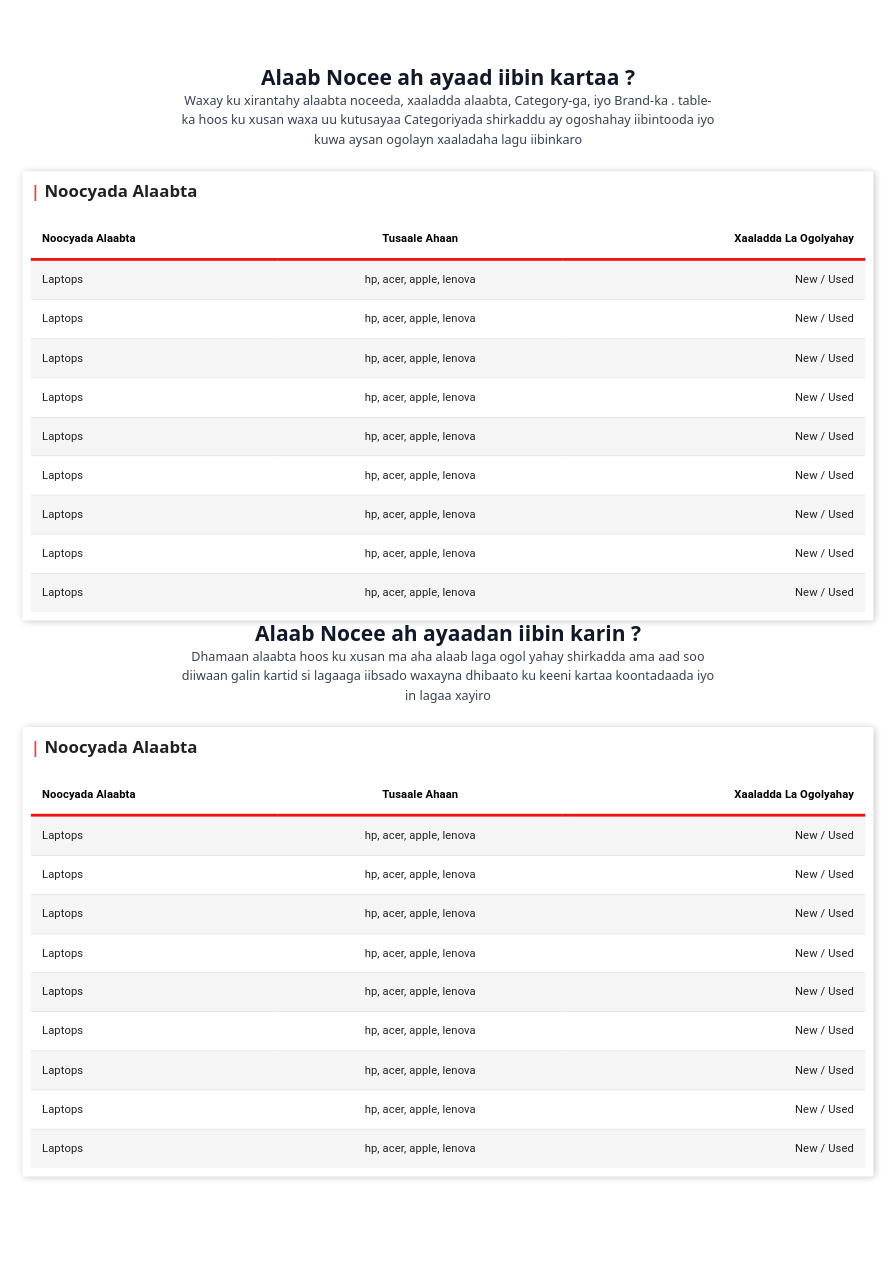
Repository: muraadso/Muraadso-Sellers
Page: /
These files come from the project's save history. The page is drawn as it stood at one moment and after the next save; the edit follows.
The browser window is 1280 px wide. The pictures show the part of the page from y = 2192 to 4112 px (the page is 4016 px tall before and 4112 px after), at 70% of full size.
The project was rebuilt for these pictures with package versions that can differ from the ones it lists, and the page was loaded fresh each time. The framework's server and built-in components were replaced by stand-ins that run in the browser. Also part of the build but not shown: next.config.js.

Above is the page before, as saved 2021-12-06 20:43:04.

### pages/_app.js
import '../styles/globals.css'
 import 'tailwindcss/tailwind.css'
import { Layout } from '../components/Layout'


function MyApp({ Component, pageProps }) {
  return (
    <Layout>
      <Component {...pageProps} />
    </Layout>
  )
}

export default MyApp

### pages/index.js
import Head from 'next/head'
import Image from 'next/image'
import Hero from '../components/Hero'
import About from '../components/About'
import Howtoreg from '../components/Howtoreg'
import styles from '../styles/Home.module.css'
import { How } from '../components/How'


export default function Home() {
  return (
    <div className={styles.container}>
      <Head>
        <title>Muraadso Sellers</title>
        <meta name="description" content="Generated by create next app" />
        <link rel="icon" href="/favicon.ico" />
      </Head>
      <Hero />
      <About />
      <How />
      <Howtoreg />
    </div>
  )
}

### styles/globals.css
@import url('https://fonts.googleapis.com/css2?family=Lato:ital,wght@0,300;0,400;0,700;0,900;1,700&family=Poppins:wght@200;300;400;500;600;700&display=swap');
html,
body {
  padding: 0;
  margin: 0;
}

a {
  color: inherit;
  text-decoration: none;
}

* {
  box-sizing: border-box;
}


.navbar {
  box-shadow: 2px 1px 7px rgba(0, 0, 0, 0.226);
  font-family: 'Poppins', sans-serif  ;
  font-weight: 500;

}
  .logo{
    font-family: 'Lato', sans-serif;
    font-weight: 700;
    color: rgb(233, 59, 59);
    font-size: 20px ;
  }
  .how-card{
    position: relative;
    box-shadow: 0 2px 10px rgba(0, 0, 0, 0.336) ;
  }





@media screen and  (max-width: 768px){
  .nav{
    padding-top: 40px;
    display: flex;
    flex-direction: column;

  }

  .how-card{
  margin-bottom: 25px;
}

.tablle{
  margin-bottom: 90px;
}
.tablle2{

}
 TableContainer{
   background-color: red;
   display: hidden;
 }

}




@tailwind base;
@tailwind components;
@tailwind utilities

### components/Layout.js
import Navbar from "./Navbar"
import Footer from "./Footer"

export const Layout = ({children}) => {
    return (
        <div className="layout">
            <Navbar />
                {children}
            <Footer />



        </div>
    )
}

### components/Hero.jsx
const Hero = () => {
    return (
        <div className="md:grid-cols-2 md:grid md:mt-11 hero">
                <div className="md:px-16 md:py-36 py-11 herotxt">
                    <h6 className="px-2 font-medium text-gray-500">ku iibi muraadso</h6>
                    <h1 className="my-5 text-3xl font-bold text-gray-800 capitalize md:font-bold md:text-gray-800 md:capitalize lg:text-6xl">sidee ugu iibin krtaa <br /> alaabtaada <span  className="text-red-600 md:text-red-600">muraadso</span></h1>

                    <p className="text-gray-700 md:text-left">
                         Whether you’ve already got an established e-commerce business , a great idea for a new product, or you just have a passion for selling, here’s how to take that next step with Muraadso </p>
                </div>

                <div className="heroimg">
                    <img className="w-4/4 "  src="/images/heroimage.png" alt="heroimage" />
                </div>
        </div>
    )
}

export default Hero

### components/About.jsx

const About = () => {
    return (
        <div className="mt-32">
            <h1 className="text-3xl font-bold text-center">Ku Iibso Muraadso</h1>
            <div className="gap-0 md:px-16 md:grid-cols-2 md:grid about-content">
                <div className="mt-12 aboutimg">
                  <img src="/images/aboutimage.png" className="md:h-96" alt="about image" />
                </div>
                <div className="md:mt-20 mt-11 about-text">
                    <p className="text-xl text-justify">
                        Muraadso waa hogaanka suuqa casriga ee online waana suuq aad ku iibin kartid alaabtaada, ahaw ganacsade alaabta sameeya, mid soo dajiya, si fudud ayaad ugu iibin kartaa suuqa casriga muraadso, sidoo kale ka mid noqo ganacsiyada shabakada internet ku iibiya alaabaha adiga oon ku kharash badan galin, kana faa’idaysanaya khubarada team ka muraadso helayana tobabaro iyo caawimo sidaad ugu iibin lahayd muraadso dhexdeeda Ku dhex iibta muraadso waa wax fudud sidoo kalena kharash yari kaaga bixi karo ama wax kharash ahi kaa baxayn, kaliya waxa lagaaga bahanyay in aad is diwaan galisid, kuna gurtid alaabta aad haysid online shirkada sidaana aad ku bilawdid iibka alaabtaada....<span className="text-red-600">Read More</span>
                    </p>
                </div>


            </div>
        </div>
    )
}

export default About

### components/Howtoreg.jsx
import * as React from 'react';
import { styled } from '@mui/material/styles';
import Table from '@mui/material/Table';
import TableBody from '@mui/material/TableBody';
import TableCell, { tableCellClasses } from '@mui/material/TableCell';
import TableContainer from '@mui/material/TableContainer';
import TableHead from '@mui/material/TableHead';
import TableRow from '@mui/material/TableRow';
import Paper from '@mui/material/Paper';

const StyledTableCell = styled(TableCell)(({ theme }) => ({

  [`&.${tableCellClasses.head}`]: {
    backgroundColor: theme.palette.common.white,
    color: theme.palette.common.black,
    borderBottom: '4px solid rgb(240, 17, 17)' ,
    fontSize: '16px',
    fontWeight: '600',

  },
  [`&.${tableCellClasses.body}`]: {
    fontSize: 16,
  },
}));

const StyledTableRow = styled(TableRow)(({ theme }) => ({
  '&:nth-of-type(odd)': {
    backgroundColor: theme.palette.action.hover,


  },
  // hide last border
  '&:last-child td, &:last-child th': {
    border: 0,
  },
}));





function createData(noocaAlaabta, tusaale, xaaladda) {
  return { noocaAlaabta, tusaale, xaaladda };
}

const rows = [
  createData('Laptops', 'hp, acer, apple, lenova ', 'New / Used'),
  createData('Laptops', 'hp, acer, apple, lenova ', 'New / Used'),
  createData('Laptops', 'hp, acer, apple, lenova ', 'New / Used'),
  createData('Laptops', 'hp, acer, apple, lenova ', 'New / Used'),
  createData('Laptops', 'hp, acer, apple, lenova ', 'New / Used'),
  createData('Laptops', 'hp, acer, apple, lenova ', 'New / Used'),
  createData('Laptops', 'hp, acer, apple, lenova ', 'New / Used'),
  createData('Laptops', 'hp, acer, apple, lenova ', 'New / Used'),
  createData('Laptops', 'hp, acer, apple, lenova ', 'New / Used'),

];

export default function Howtoreg() {
  return (
      <>
    <div className="flex flex-col items-center justify-center tablle ">
                <h1 className="text-xl font-bold text-center text-gray-900 md:text-3xl">Alaab Nocee ah ayaad iibin kartaa ?</h1>
                <p className="max-w-3xl mb-8 text-sm text-center text-gray-700 md:text-lg">Waxay ku xirantahy alaabta noceeda, xaaladda alaabta, Category-ga, iyo Brand-ka .
                table-ka hoos ku xusan waxa uu kutusayaa Categoriyada shirkaddu ay ogoshahay iibintooda
                iyo kuwa aysan ogolayn xaaladaha lagu iibinkaro </p>

            <TableContainer className="TableContainer" component={Paper} sx={{ padding: "12px", maxWidth: 1400, boxShadow: '2px 1px 11px rgba(0, 0, 0, 0.226)' }}>
        <h1 className="mb-6 text-2xl font-bold "> <span className="font-black text-red-500 ">|</span> Noocyada Alaabta</h1>
      <Table sx={{ minWidth: 700 }} aria-label="customized table">
        <TableHead>
          <TableRow>
            <StyledTableCell>Noocyada Alaabta</StyledTableCell>
            <StyledTableCell align="center"> Tusaale Ahaan</StyledTableCell>
            <StyledTableCell align="right">Xaaladda La Ogolyahay</StyledTableCell>
          </TableRow>
        </TableHead>
        <TableBody>
          {rows.map((row) => (
            <StyledTableRow key={row.noocaAlaabta} sx={{backgroundColor: 'white'}}>
              <StyledTableCell component="th" scope="row">
                {row.noocaAlaabta}
              </StyledTableCell>
              <StyledTableCell   align="center">{row.tusaale}</StyledTableCell>
              <StyledTableCell align="right">{row.xaaladda}</StyledTableCell>
            </StyledTableRow>
          ))}
        </TableBody>
      </Table>
    </TableContainer>

    </div>

    <div className="flex flex-col items-center justify-center tablle2 mb-36">
            <h1 className="text-xl font-bold text-center text-gray-900 md:text-3xl">Alaab Nocee ah ayaadan iibin karin ?</h1>
            <p className="max-w-3xl mb-8 text-sm text-center text-gray-700 md:text-lg">Dhamaan alaabta hoos ku xusan ma aha alaab laga ogol yahay shirkadda
                ama aad soo diiwaan galin kartid si lagaaga iibsado waxayna dhibaato
                ku keeni kartaa koontadaada iyo in lagaa xayiro</p>

            <TableContainer className="" component={Paper} sx={{ padding: "12px", maxWidth: 1400, boxShadow: '2px 1px 11px rgba(0, 0, 0, 0.226)' }}>
                        <h1 className="mb-6 text-2xl font-bold"> <span className="font-black text-red-500 ">|</span> Noocyada Alaabta</h1>
      <Table sx={{ minWidth: 700 }} aria-label="customized table">
        <TableHead className="" >
          <TableRow className="">
            <StyledTableCell>Noocyada Alaabta</StyledTableCell>
            <StyledTableCell align="center"> Tusaale Ahaan</StyledTableCell>
            <StyledTableCell align="right">Xaaladda La Ogolyahay</StyledTableCell>
          </TableRow>
        </TableHead>
        <TableBody>
          {rows.map((row) => (
            <StyledTableRow key={row.noocaAlaabta} sx={{backgroundColor: 'white'}}>
              <StyledTableCell  component="th" scope="row">
                {row.noocaAlaabta}
              </StyledTableCell>
              <StyledTableCell   align="center">{row.tusaale}</StyledTableCell>
              <StyledTableCell align="right">{row.xaaladda}</StyledTableCell>
            </StyledTableRow>
          ))}
        </TableBody>
      </Table>
    </TableContainer>

    </div>

     </>
  );
}

### components/How.jsx
export const How = () => {
    return (
        <div className="flex flex-col items-center justify-center mt-32 mb-24 how md:gap-y-4 gap-y-11">
            <div className="howheader">
            <h2 className="text-4xl font-bold text-center">Sidee u shaqaysaa</h2>
            <p className="mt-2 text-lg text-center text-gray-600">habka uu ushaqeeyo adeegan waa sidatan hoos ku xusan</p>
            </div>
            <div className="h-full md:p-16 md:gap-4 gap-72 md:grid-cols-4 md:grid howsteps">

                <div className="relative max-h-full p-6 bg-white border-4 border-red-400 rounded how-card ">
                    <div className="flex items-center justify-center my-4 card-icon ">
                        <img  src="./icons/register.png" alt="register" />

                    </div>
                    <div className="mb-4 text-xl text-center text-gray-800 cardbody">
                        Macmiil iska diiwaan geli adeega, 24h kadib waxad helaysa fariin ah in lagu aqbalay
                    </div>
                    <div className="absolute flex items-center justify-center w-10 h-10 font-bold text-red-500 bg-white border-2 border-red-500 rounded-full md:left-36 -bottom-5 md:left-40 left-36 place-content-center card-number"> <h2>1</h2></div>
                </div>


                <div className="relative max-h-full p-6 bg-white border-4 border-red-400 rounded how-card ">
                    <div className="flex items-center justify-center my-4 card-icon ">
                        <img className="h-24"  src="./icons/features.png" alt="register" />
                    </div>
                    <div className="mb-4 text-xl text-center text-gray-800 cardbody">
                        Macmiil iska diiwaan geli adeega, 24h kadib waxad helaysa fariin ah in lagu aqbalay
                    </div>
                    <div className="absolute flex items-center justify-center w-10 h-10 font-bold text-red-500 bg-white border-2 border-red-500 rounded-full md:left-36 -bottom-5 md:left-40 left-36 place-content-center card-number"> <h2>2</h2></div>
                </div>




                <div className="relative max-h-full p-6 bg-white border-4 border-red-400 rounded how-card ">
                    <div className="flex items-center justify-center my-4 card-icon ">
                        <img className="h-24"  src="./icons/verified.png" alt="register" />

                    </div>
                    <div className="mb-4 text-xl text-center text-gray-800 cardbody">
                        Macmiil iska diiwaan geli adeega, 24h kadib waxad helaysa fariin ah in lagu aqbalay
                    </div>
                    <div className="absolute flex items-center justify-center w-10 h-10 font-bold text-red-500 bg-white border-2 border-red-500 rounded-full md:left-36 -bottom-5 md:left-40 left-36 place-content-center card-number"> <h2>3</h2></div>
                </div>


                <div className="relative max-h-full p-6 bg-white border-4 border-red-400 rounded how-card ">
                    <div className="flex items-center justify-center my-4 card-icon ">
                        <img className="h-24"  src="./icons/givemoney.png" alt="register" />

                    </div>
                    <div className="mb-4 text-xl text-center text-gray-800 cardbody">
                        Macmiil iska diiwaan geli adeega, 24h kadib waxad helaysa fariin ah in lagu aqbalay
                    </div>
                    <div className="absolute flex items-center justify-center w-10 h-10 font-bold text-red-500 bg-white border-2 border-red-500 rounded-full md:left-36 -bottom-5 md:left-40 left-36 place-content-center card-number"> <h2>4</h2></div>
                </div>

            </div>
            <p className="text-center text-gray-800">Wixii faahfaahin ah waxaad kala xiriiri kartaa lambaradan hoos kuugu xusan</p>
            <a className="font-medium text-red-600" href="#">+252 63 3333471</a>

        </div>
    )
}

### components/Navbar.jsx
import React, { useState } from "react";
import { HiOutlineMenuAlt2, HiOutlineMenuAlt3 } from "react-icons/hi";



export default function Navbar() {
  const [showNav, setShowNav] = useState(false);

  return (
    <nav className="sticky top-0 z-20 items-center justify-between bg-white px-14 md:px-24 md:py-3 navbar md:flex">
      <div className="flex items-center justify-between">
        <a href="#">
          <h2>Muraadso</h2>
        </a>


        {showNav ? (
          <HiOutlineMenuAlt3
            onClick={() => setShowNav(!showNav)}
            className="block w-10 h-10 p-2 cursor-pointer md:hidden" />

        ) : (
          <HiOutlineMenuAlt2
            onClick={() => setShowNav(!showNav)}
            className="block w-10 h-10 p-2 cursor-pointer md:hidden"
          />
        )}
      </div>

      <ul
        className={
          (showNav ? "left-0" : "-left-full") +
          " md:static fixed bottom-0 md:ml-24 top-14 md:flex md:space-x-6 items-center md:bg-transparent bg-gray-700 rounded md:rounded-none md:bg-white bg-opacity-90 md:w-auto w-10/12 md:text-gray-800 text-white  md:space-y-0 space-y-5 p-2 transition-left nav"
        }
      >
        <a href="#"> Home</a>
        <a href="#"> About</a>
        <a href="#"> Doc</a>
        <a href="#"> Contact Us</a>
      <a className="px-4 py-2 text-white bg-red-600 rounded" href="">Signup</a>
      </ul>
    </nav>
  );
}

























// const Navbar = () => {
//     return (
//         <div>
//      <div className="sticky top-0 z-20 items-center justify-between bg-white md:flex navbar">
//          <a className="logo" href="#">Muraadso</a>
//          <nav className="fixed bottom-0 items-center w-10/12 p-2 space-y-5 text-white bg-gray-500 md:static top-12 md:flex md:space-x-7 md:bg-transparent bg-opacity-90 md:w-auto md:text-gray-500 md:space-y-0 transition-left nav">
//              <a className="hover:text-red-600" href="">Home</a>
//              <a className="hover:text-red-600" href="">About</a>
//              <a className="hover:text-red-600" href="">Doc</a>
//              <a className="hover:text-red-600" href="">Contact Us</a>
//          </nav>
//          <a href="#" className="px-4 py-2 text-white bg-red-600 rounded hover:bg-red-700 signup ">Signup</a>
//      </div>

//         </div>
//     )
// }

// export default Navbar

### components/Footer.jsx
const Footer = () => {
    return (
        <div>
        </div>
    )
}

export default Footer

### tailwind.config.js
module.exports = {
   purge: ['./pages/**/*.{js,ts,jsx,tsx}', './components/**/*.{js,ts,jsx,tsx}'],
  darkMode: false, // or 'media' or 'class'
  theme: {
    extend: {
      transitionProperty: {
         'left': 'left',
        }
    },

  },
  variants: {
    extend: {},
  },
  plugins: [],
}

Loaded but not shown: styles/Home.module.css (common file)

After the next save:
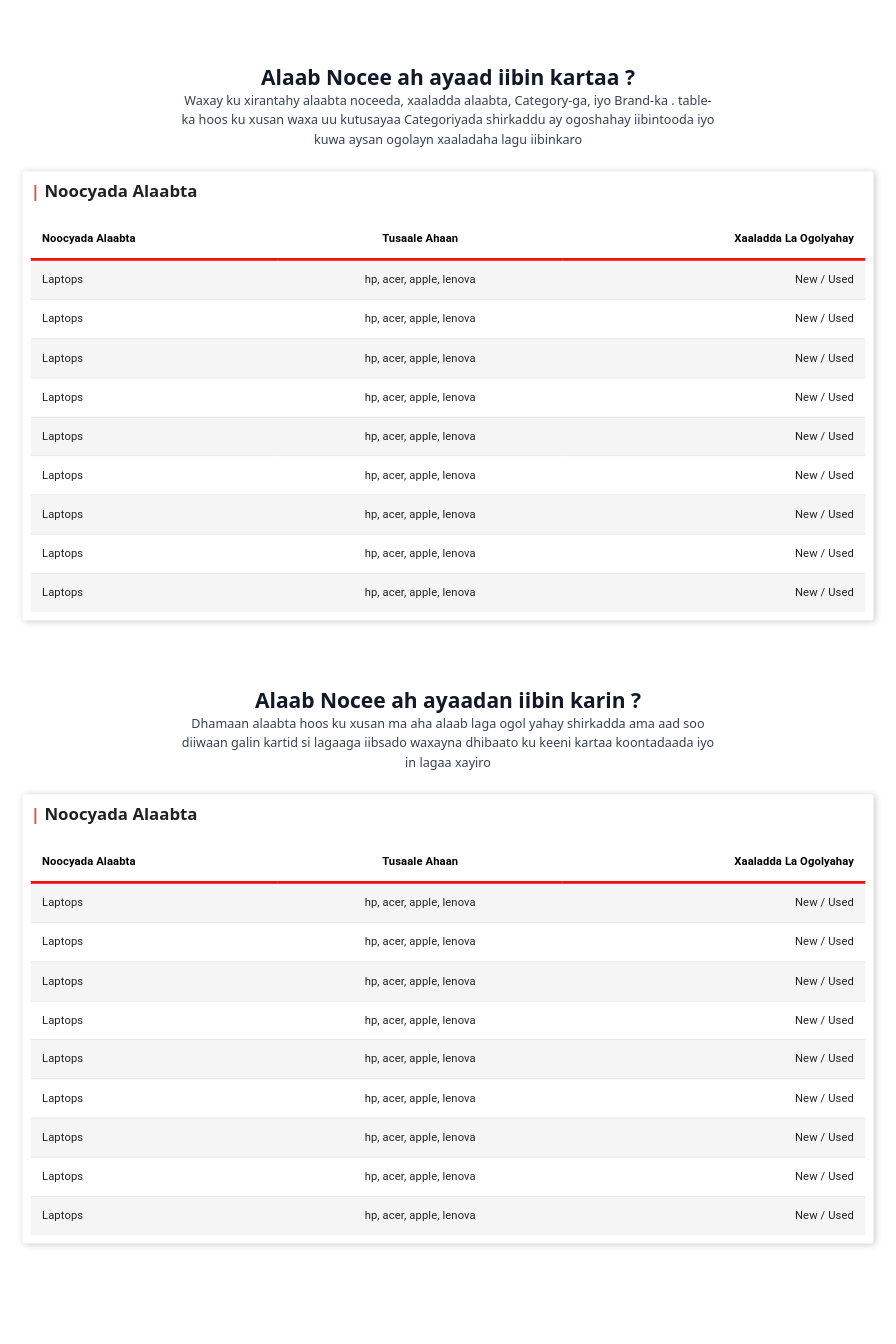
Saved 11 h 36 min later.
--- a/components/Howtoreg.jsx
+++ b/components/Howtoreg.jsx
@@ -91,7 +91,7 @@ export default function Howtoreg() {
 
     </div>
 
-    <div className="flex flex-col items-center justify-center tablle2 mb-36">
+    <div className="flex flex-col items-center justify-center mt-24 tablle2 mb-36">
             <h1 className="text-xl font-bold text-center text-gray-900 md:text-3xl">Alaab Nocee ah ayaadan iibin karin ?</h1>
             <p className="max-w-3xl mb-8 text-sm text-center text-gray-700 md:text-lg">Dhamaan alaabta hoos ku xusan ma aha alaab laga ogol yahay shirkadda
                 ama aad soo diiwaan galin kartid si lagaaga iibsado waxayna dhibaato
